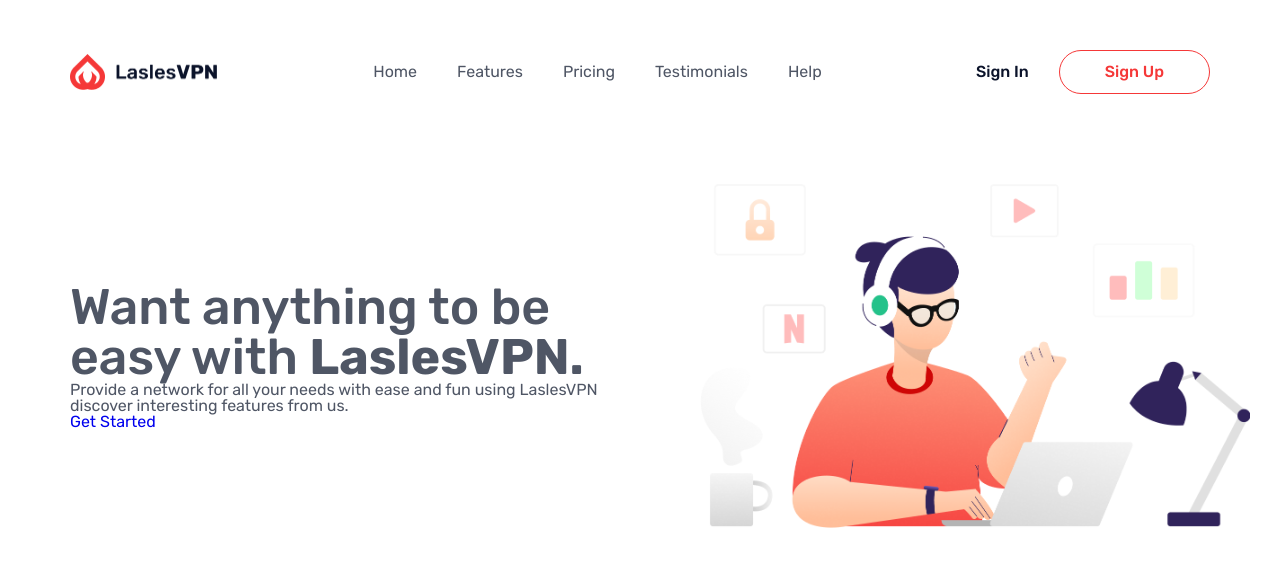
Repository: kebinh1235/lasles-demo
Page: index.html
The author's editor kept a copy of each file at every save. The page is drawn from the files as they stood at one save, then again after the next save.
The browser window is 1280 px wide. The pictures show the whole page.
The style sheet was rebuilt from its Sass, Less or Tailwind sources for each picture, by a compiler version that may differ from the author's.

Above is the page before, as saved 2021-10-30 13:24:08.

### index.html
<!DOCTYPE html>
<html lang="en">
<head>
  <meta charset="UTF-8">
  <meta http-equiv="X-UA-Compatible" content="IE=edge">
  <meta name="viewport" content="width=device-width, initial-scale=1.0">
  <title>Lales VPN</title>
  <!-- Google Font -->
  <link rel="preconnect" href="https://fonts.googleapis.com">
  <link rel="preconnect" href="https://fonts.gstatic.com" crossorigin>
  <link href="https://fonts.googleapis.com/css2?family=Nunito:wght@300;400&family=Rubik:wght@400;500;700&display=swap" rel="stylesheet">
  <!-- CSS -->
  <link rel="stylesheet" href="./css/app.css">
</head>
<body>
  <div class="wrapper">
    <header class="header">
      <div class="container">
        <div class="header__container">
          <img class="header__logo" srcset="./images/logo.png 2x" alt="Logo">
          <ul class="menu">
            <li class="menu-item">
              <a href="#" class="menu-link">Home</a>
            </li>
            <li class="menu-item">
              <a href="#" class="menu-link">Features</a>
            </li>
            <li class="menu-item">
              <a href="#" class="menu-link">Pricing</a>
            </li>
            <li class="menu-item">
              <a href="#" class="menu-link">Testimonials</a>
            </li>
            <li class="menu-item">
              <a href="#" class="menu-link">Help</a>
            </li>
          </ul>
          <div class="header__auth">
            <a href="#" class="header__auth-signin">Sign In</a>
            <a href="#" class="header__auth-signup">Sign Up</a>
          </div>
        </div>
      </div>
    </header>
    <main>
      <section class="hero">
        <div class="container">
          <div class="hero__container">
            <div class="hero__content">
              <h1 class="hero__title">
                Want anything to be easy with <strong>LaslesVPN.</strong>
              </h1>
              <p class="hero__desc">Provide a network for all your needs with ease and fun using LaslesVPN discover interesting features from us.</p>
              <a href="#" class="btn btn-primary">Get Started</a>
            </div>
            <div class="hero__img">
              <img srcset="./images/hero.png 2x" alt="">
            </div>
          </div>
        </div>
      </section>
    </main>
  </div>
</body>
</html>

### sass/app.scss
@import "variables";
@import "global";
@import "reset";
@import "header";
@import "hero";

### sass/_variables.scss
$font: "Rubik", sans-serif;
$text-color: #4f5665;
$heading-color: #0b132a;
$primary-color: #f53838;
$gray-color: #DDE0E4;

### sass/_global.scss
.wrapper {
  max-width: 1440px;
  margin: 0 auto;
}
.container {
  max-width: 1170px;
  padding: 0 15px;
  margin: 0 auto;
}
body {
  font-family: $font;
  color: $text-color;
  line-height: 1;
  font-weight: 400;
}

### sass/_reset.scss
html {
box-sizing: border-box;
}
* {
  margin: 0;
  padding: 0;
  text-decoration: none;
  list-style: none;
}
*,*:before,*:after {
box-sizing: border-box;
}
input,
textarea,
select,
button{
outline: none;
}
input{
line-height: normal;
}
label,
button{
cursor: pointer;
}
a {
text-decoration: none;
}
img {
display: block;
max-width: 100%;
}

### sass/_header.scss
.header {
  padding-top: 50px;
  padding-bottom: 90px;
  &__container {
    display:flex;
    justify-content: space-between;
    align-items: center;
  }
  &__auth {
    display:flex;
    align-items: center;
    gap: 0 30px;
    text-transform: capitalize;
    font-weight: 500;
    &-signin {
      color: $heading-color;
    }
    &-signup {
      color: $primary-color;
      border: 1px solid $primary-color;
      padding: 13px 45px;
      border-radius: 100rem;
    }

  }
}
.menu {
  display: flex;
  align-self: center;
  gap: 0 40px;
  &-link {
    color: inherit;
  }
}

### sass/_hero.scss
.hero {
  &__container {
    display:flex;
    justify-content: space-between;
    align-items: center;
    gap: 0 40px;
    // flex-wrap: wrap;
  }
  &__content {
    width: 100%;
    max-width: 555px;
  }
  &__title {
    font-size: 50px;
    font-weight: 500;
  }
  &__img {
    width: 100%;
    transform: translateX(40px);
  }
}

After the next save:
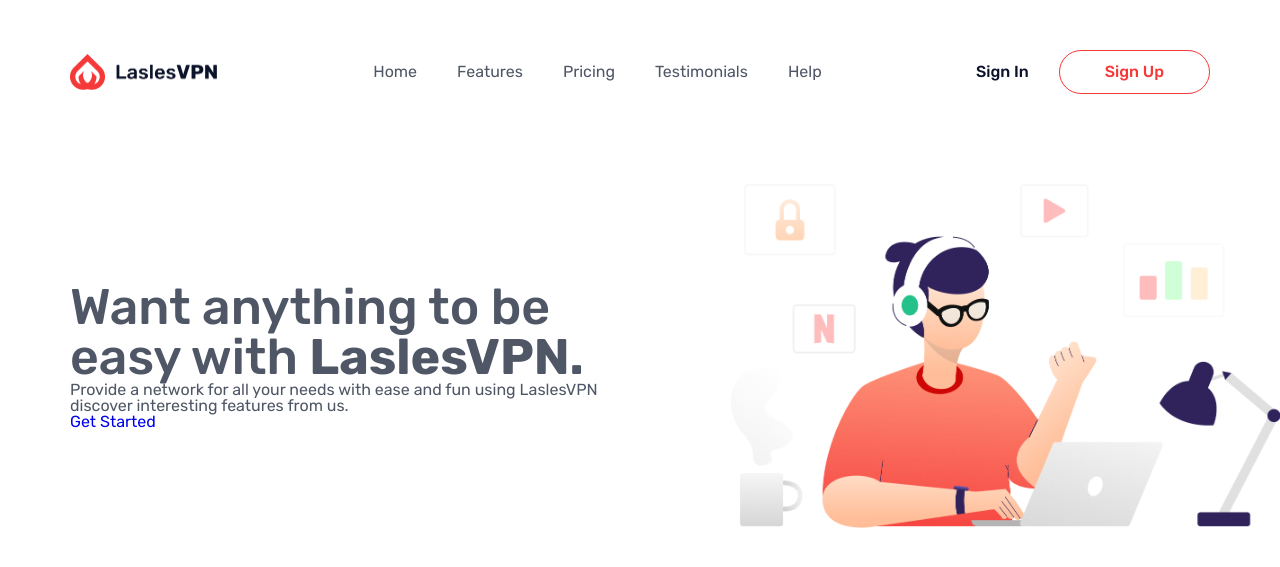
Saved 21 s later.
--- a/sass/_hero.scss
+++ b/sass/_hero.scss
@@ -16,6 +16,6 @@
   }
   &__img {
     width: 100%;
-    transform: translateX(40px);
+    transform: translateX(70px);
   }
 }
